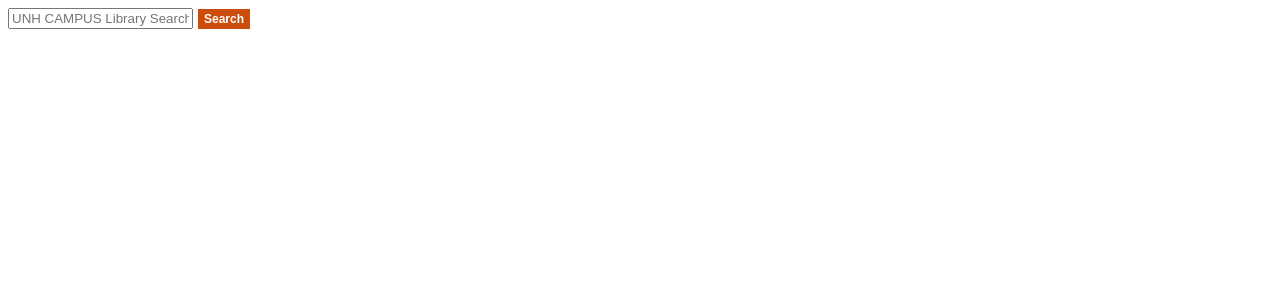
Repository: jlcolbert/unh-library-search-box
Page: template-basic.html
The author's editor kept a copy of each file at every save. The page is drawn from the files as they stood at one save, then again after a run of saves.
The browser window is 1280 px wide. The pictures show the whole page.

Above is the page before, as saved 2021-04-27 08:24:22.

### template-basic.html
<div class="pane-content">
  <!-- Script that converts the query string into valid parameter -->
  <script>
    function searchPrimo() {
      document.getElementById("primoQuery").value = "any,contains," + document.getElementById("primoQueryTemp").value.replace(/[,]/g, " ");
      document.forms["searchForm"].submit();
    }
  </script>
  <div class="row g-3">
    <div class="center-block col-xs-6 col-md-5 col-lg-4 clearfix">
      <form id="campus" name="searchForm" method="get" target="_self"
        action="https://unh.primo.exlibrisgroup.com/discovery/search"
        enctype="application/x-www-form-urlencoded; charset=utf-8" onsubmit="searchPrimo()">

        <!-- Customizable parameters -->
        <input type="hidden" name="vid" value="01USNH_UNH:VIEW">
        <input type="hidden" name="tab" value="everything">
        <input type="hidden" name="search_scope" value="MyInst_and_CI">
        <input type="hidden" name="lang" value="en">

        <!-- Fixed parameters-->
        <input type="hidden" name="query" id="primoQuery">

        <!-- Search Box -->
        <div class="form-group">
          <input class="form-control form-control-sm" type="text" id="primoQueryTemp" value=""
            placeholder="UNH CAMPUS Library Search Box">

          <!-- Search Button -->
          <input id="button" title="Search" onclick="searchPrimo()" type="button" value="Search" alt="Search"
            style="height: 22px; font-size: 12px; font-weight: bold; background: #cb4d0b; color: #ffffff; border: 1px solid;">
        </div>
      </form>
    </div>
  </div>
</div>

After the next 4 saves:
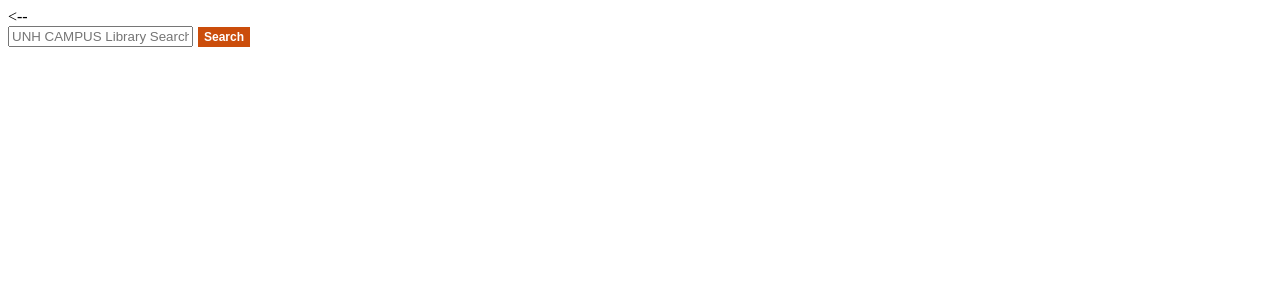
The 4 saves are shown as one change because they came seconds apart.
The last was saved 30 s later.
--- a/template-basic.html
+++ b/template-basic.html
@@ -7,6 +7,8 @@
     }
   </script>
   <div class="row g-3">
+
+    <--
     <div class="center-block col-xs-6 col-md-5 col-lg-4 clearfix">
       <form id="campus" name="searchForm" method="get" target="_self"
         action="https://unh.primo.exlibrisgroup.com/discovery/search"

After the save that followed:
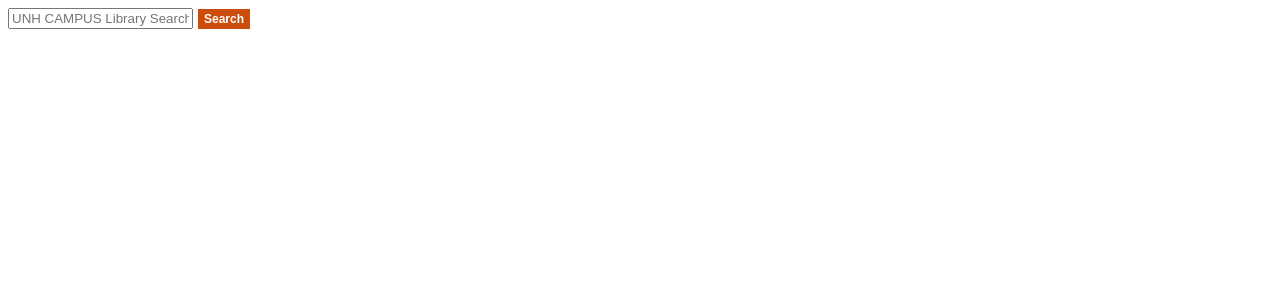
Saved 4 s later.
--- a/template-basic.html
+++ b/template-basic.html
@@ -8,7 +8,7 @@
   </script>
   <div class="row g-3">
 
-    <--
+    <!-- -->
     <div class="center-block col-xs-6 col-md-5 col-lg-4 clearfix">
       <form id="campus" name="searchForm" method="get" target="_self"
         action="https://unh.primo.exlibrisgroup.com/discovery/search"
